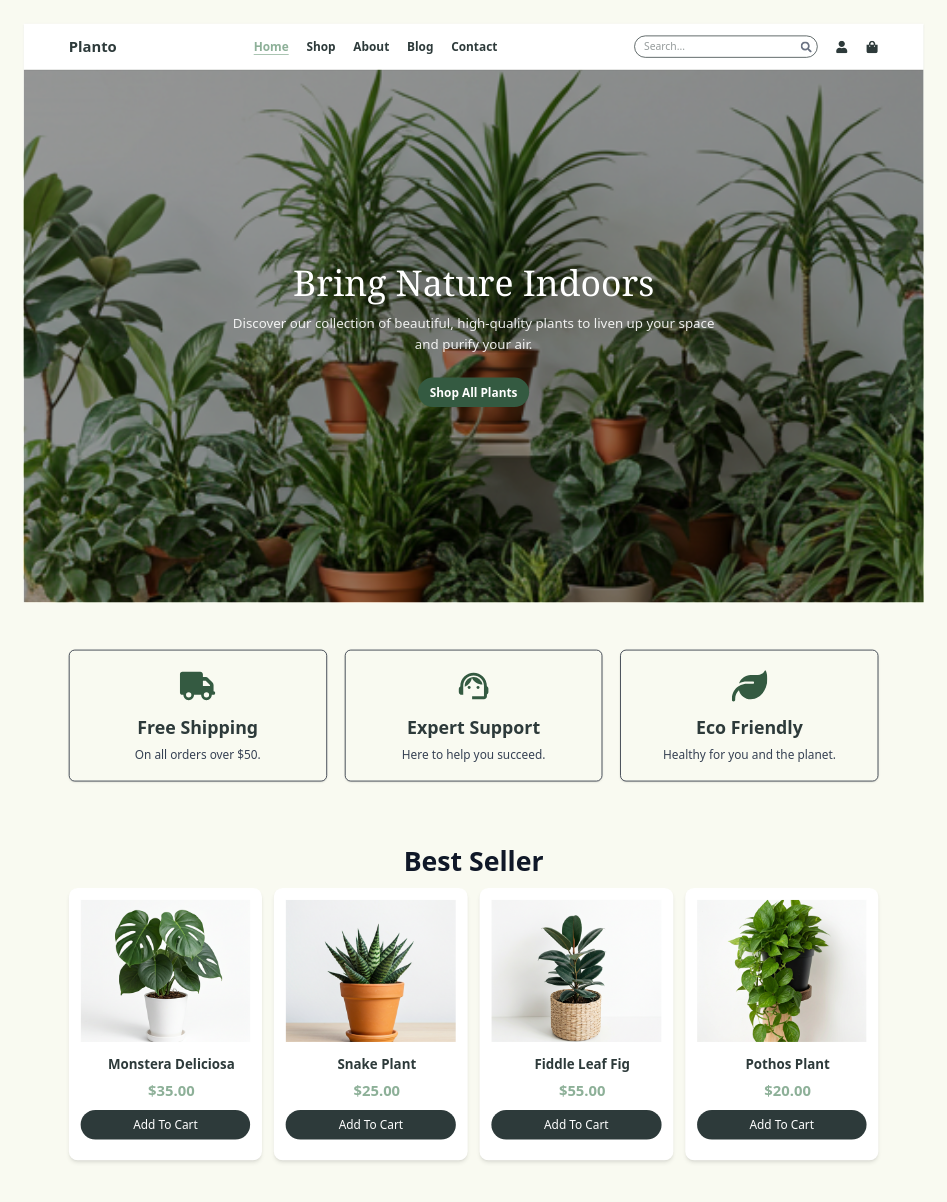
Repository: mazenessam99/Planto
Page: /
An editor plug-in stored every save of this project. The page is shown before and after a run of saves, followed by the edit.
The browser window is 1280 px wide. The pictures show the whole page, at 74% of full size.
The project was rebuilt for these pictures with package versions that can differ from the ones it lists, and the page was loaded fresh each time. Also part of the build but not shown: vite.config.js.

Above is the page before, as saved 2025-11-22 23:17:43.

After the next 6 saves:
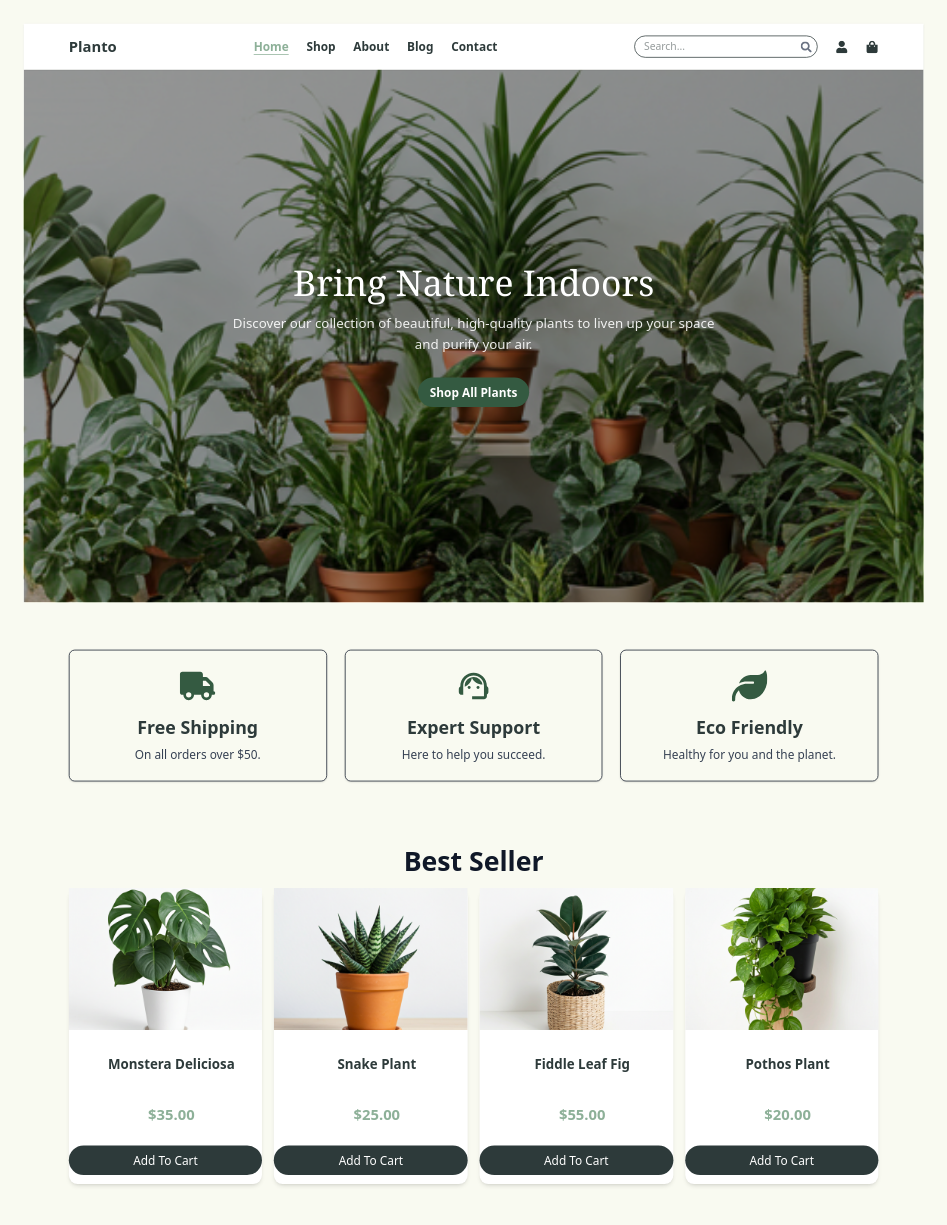
The 6 saves are shown as one change because they came seconds apart.
The last was saved 31 s later.
--- a/src/components/ui/ProductCard.jsx
+++ b/src/components/ui/ProductCard.jsx
@@ -2,12 +2,12 @@ import Button from "./Button";
 
 const ProductCard = ({src,title,price,showButton=true,buttonText='Add To Cart'}) => {
   return (
-    <div className="bg-white rounded-xl p-4 shadow-md flex flex-col hover:shadow-xl transition-all">
+    <div className="bg-white rounded-xl shadow-md flex flex-col hover:shadow-xl transition-all">
       <div className="w-full h-48 overflow-hidden ">
         <img src={src} className="w-full h-full object-cover hover:scale-105 transition" alt={title}/>
       </div>
-      <h3 className="mt-4 ms-4 text-lg font-semibold text-primary">{title}</h3>
-      <p className="mt-2 ms-4 font-bold text-xl text-secondary">{price}</p>
+      <h3 className="mt-4 ms-4 p-4 text-lg font-semibold text-primary">{title}</h3>
+      <p className="mt-2 ms-4  p-4 font-bold text-xl text-secondary">{price}</p>
       {showButton&&(
         <Button className="my-3 ">
           {buttonText}
